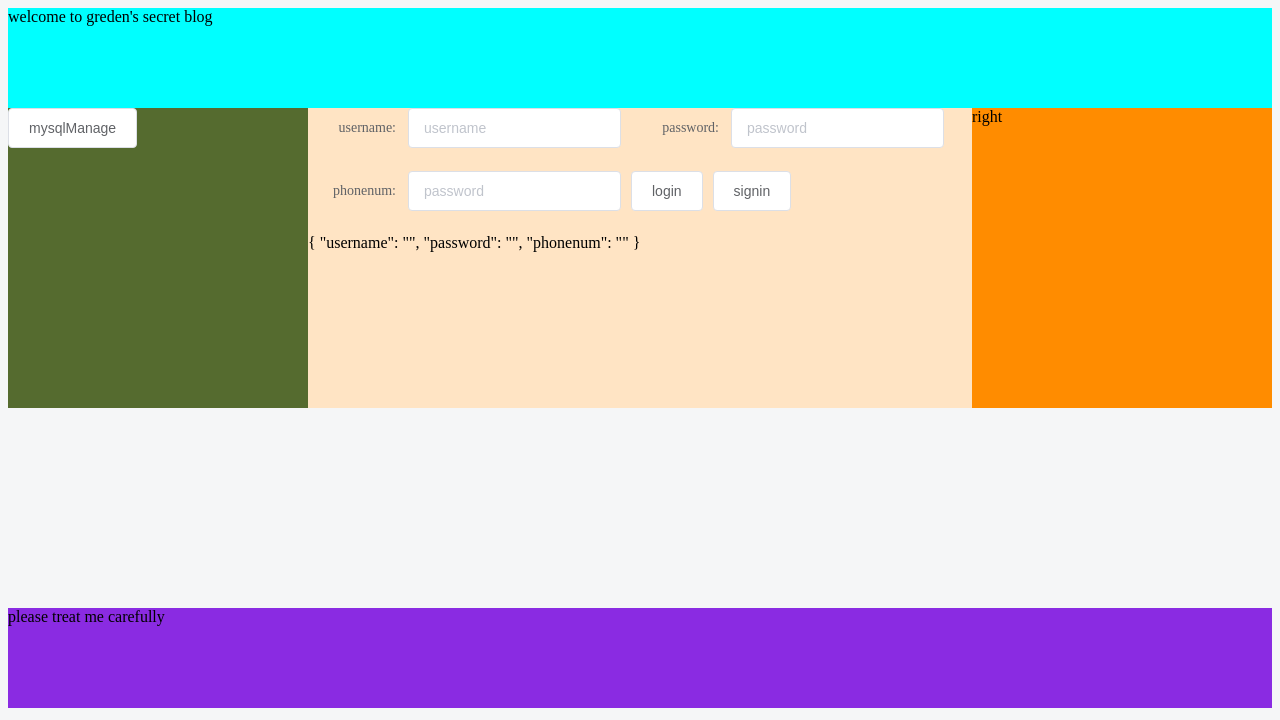
Repository: greden0814/myBlog
Page: /
The author's editor kept a copy of each file at every save. The page is drawn from the files as they stood at one save, then again after the next save.
The browser window is 1280 px wide. The pictures show the whole page.
The project was rebuilt for these pictures with package versions that can differ from the ones it lists, and the page was loaded fresh each time.

Above is the page before, as saved 2021-07-25 17:28:46.

### index.html
<!DOCTYPE html>
<html>
  <head>
    <meta charset="utf-8">
    <meta name="viewport" content="width=device-width,initial-scale=1.0">
    <title>myblog</title>
  </head>
  <body>
    <div id="app"></div>
    <!-- built files will be auto injected -->
  </body>
</html>

### src/main.js
// The Vue build version to load with the `import` command
// (runtime-only or standalone) has been set in webpack.base.conf with an alias.
import Vue from 'vue'
import App from './App'
import router from './router'
import ElementUI from 'element-ui'
import axios from '@/utils/request.js'
import 'element-ui/lib/theme-chalk/index.css'

Vue.use(ElementUI)
Vue.config.productionTip = false
Vue.prototype.$axios = axios

/* eslint-disable no-new */
new Vue({
  el: '#app',
  router,
  components: { App },
  template: '<App/>'
})

### src/App.vue
<template>
  <div id="app">
    <!-- <img src="./assets/logo.png"> -->
    <router-view/>
  </div>
</template>

<script>
export default {
  name: 'App'
}
</script>

<style>
  body {
    background-color: rgb(245, 246, 247);
  }
</style>

### src/router/index.js
import Vue from 'vue'
import Router from 'vue-router'

Vue.use(Router)

// const originalPush = Router.prototype.push
// Router.prototype.push = function push(location) {
//   return originalPush.call(this, location).catch(err => err)
// }
export default new Router({
  routes: [
    {
      path: '/',
      name: 'login',
      component: () => import('@/views/login')
    }, {
      path: '/pages/indexPage',
      name: 'myblog',
      component: () => import('@/views/indexPage')
    }, {
      path: '/pages/myInfo',
      name: 'myInfo',
      component: () => import('@/views/myInfo')
    },{
      path: '/pages/tableManage',
      name: 'tableManage',
      component: () => import('@/views/tableManage')
    },{
      path: '/pages/articles',
      name: 'articles',
      component: () => import('@/views/articles')
    },{
      path: '/pages/articles/writing',
      name: 'writing',
      component: () => import('@/views/articles/writing')
    }
  ]
})

### src/utils/request.js
import axios from "axios"
import qs from 'qs'

//根据环境变量区分接口默认地址这里看自己需求配
switch(process.env.NODE_ENV){
    case "production":
        axios.defaults.baseURL="http://127.0.0.1:3000"
        break;
    case "test":
        axios.defaults.baseURL="http://192.168.1.1"
        break;
    default:
        axios.defaults.baseURL="http://localhost:3000"
}

//设置超时时间和跨域是否携带凭证
axios.defaults.timeout=10000;
//设置CORS跨域允许携带凭证
axios.defaults.withCredentials=true;

// axios.defaults.headers['Content-Type']='application/x-www-form-urlencoded'
axios.defaults.headers['Content-Type']="application/json"

// axios.defaults.transformRequest=data=>qs.stringify(data)
// axios.defaults.transformRequest=data=>{
//     var params=''
//     for(let attr in data){
//         params+=attr+'='+data[attr]+'&'
//     }
//     params=params.substr(0,params.length-1)
//     return params
// }

//设置请求拦截器
//客户端发送请求=》请求拦截器=》服务器
// TOKEN校验（JWT）接收服务器返回的token
// 存储到vuex/本地存储中，每一次发请求我们应该吧token带上
axios.interceptors.request.use((config)=>{
    // 携带上token
    let token=localStorage.getItem('token')
    token&&(config.headers.Authorization=token)
    return config
},error=>{
    return Promise.reject(error)
})

//响应拦截器
//服务器返回信息=》拦截的统一处理=》客户端js获取到信息
// axios.defaults.validatestatus=status=>{
       //自定义响应成功的http状态码
//     return /^(2|3)\d{2}$/.test(status)
// }
axios.interceptors.response.use(response=>{
    return response.data;
    //看项目实际情况，这样写返回的数据就只有主体内容
},error=>{
    let {response} = error;
    if(response){
        //服务器最起码返回结果
        switch(response.status){
            case 401://=>权限问题，当前请求需要用户验证，一般是未登陆
                break;
            case 403://=>服务器已经理解请求，但是拒绝执行他，一般是token过期或session过期
                localStorage.removeItem('token')
                break;
            case 404://=>找不到页面
                break;
        }
    } else{
        //服务器连结果都没有返回
        if(!window.navigator.onLine){
            //如果客户端断网了:可以跳转到断网页面
            return
        }
        return Promise.reject(error)
        //可能是服务器错误返回一个promise
    }
});

export default axios

### src/views/login/index.vue
<template>
  <div class="loginPage">
    <div class="header">welcome to greden's secret blog</div>
    <div class="body">
      <div class="right">
        right
      </div>
      <div class="left">
          <el-button @click="turnToManage">mysqlManage</el-button>
      </div>
      <div class="loginZone center">
        <el-form ref="ruleForm" :model="ruleForm" label-width="100px" inline>
          <el-form-item label="username: ">
            <el-input v-model="ruleForm.username" placeholder="username" />
          </el-form-item>
          <el-form-item label="password: ">
            <el-input v-model="ruleForm.password" placeholder="password" />
          </el-form-item>
          <el-form-item label="phonenum: ">
            <el-input v-model="ruleForm.phonenum" placeholder="password" />
          </el-form-item>
          <el-button @click="login">login</el-button>
          <el-button @click="signin">signin</el-button>
        </el-form>
        {{ ruleForm }}
      </div>
    </div>
    <div class="footer">please treat me carefully</div>
    <el-dialog>

    </el-dialog>
  </div>
</template>

<script>
export default {
  data() {
    return {
      ruleForm: {
        username: "",
        password: "",
        phonenum: "",
      },
      submit: "",
    };
  },
  created() {},
  methods: {
    login() {
      this.$axios({
        method: "post",
        xhrFields: {
          withCredentials: true,
        },
        headers: {
          // "Content-Type" : 'application/x-www-form-urlencoded'
          "Content-Type": "application/json",
        },
        data: {
          username: this.ruleForm.username,
          password: this.ruleForm.password,
        },
        url: "/api/login",
      }).then((res) => {
        console.log(res);
        this.submit = "already login";
        this.$router.push({
          path:"/pages/myInfo",
          params:{}
        })
      });
    },
    signin() {
      this.$axios.post("/api/signin",{
          username: this.ruleForm.username,
          password: this.ruleForm.password,
          phonenum: this.ruleForm.phonenum,
        }).then((res) => {
        console.log(res);
        this.submit = "already submit";
      });
    },
    turnToManage() {
      this.$router.push({
        path: "/pages/tableManage",
        param: {

        }
      })
    },
  },
};
</script>

<style lang="less" scoped>
.loginPage {
  .header {
    height: 100px;
    background-color: aqua;
  }
  .body {
    height: 500px;
    &>div {
      height: 300px;
    }
    .left {
      float: left;
      width: 300px;
      background-color: darkolivegreen;
    }
    .loginZone {
      // width: 400px;
      background-color: bisque;
    }
    .right {
      width: 300px;
      background-color: darkorange;
      float: right;
    }
  }
  .footer {
    height: 100px;
    background-color: blueviolet;
  }
}
</style>

After the next save:
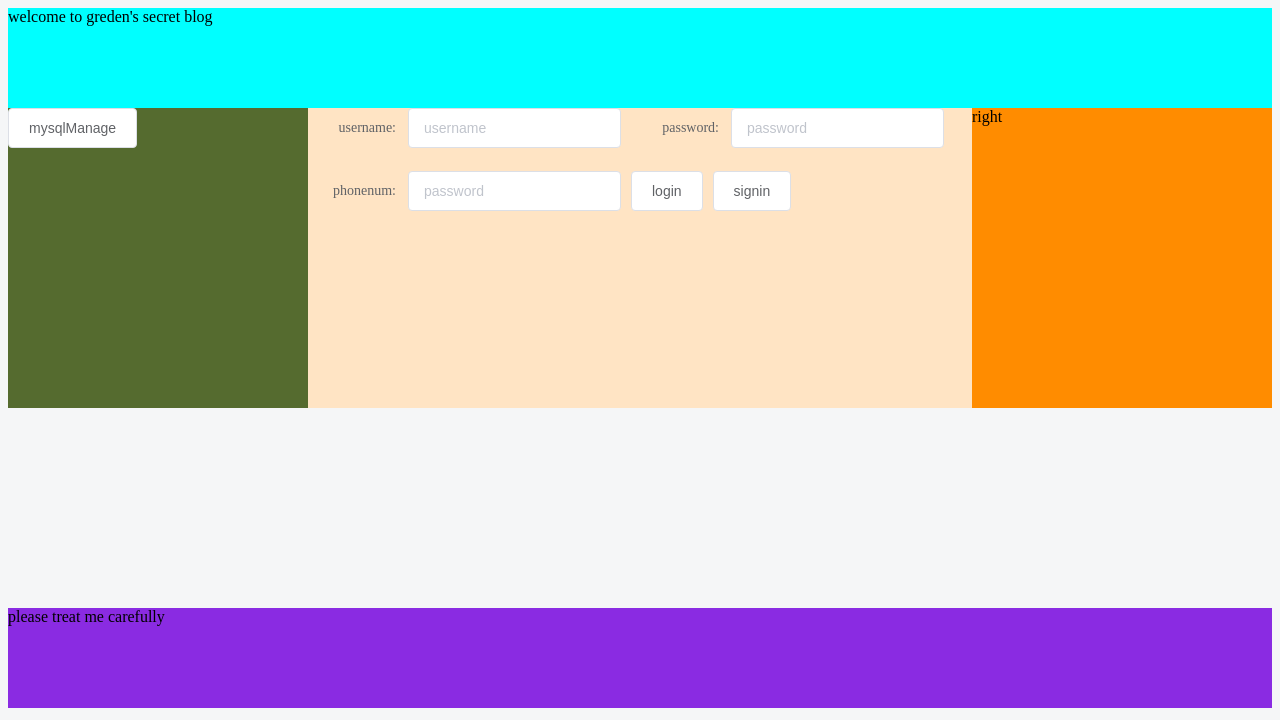
Saved 2 min 22 s later.
--- a/src/views/login/index.vue
+++ b/src/views/login/index.vue
@@ -22,7 +22,7 @@
           <el-button @click="login">login</el-button>
           <el-button @click="signin">signin</el-button>
         </el-form>
-        {{ ruleForm }}
+        {{ submit }}
       </div>
     </div>
     <div class="footer">please treat me carefully</div>
